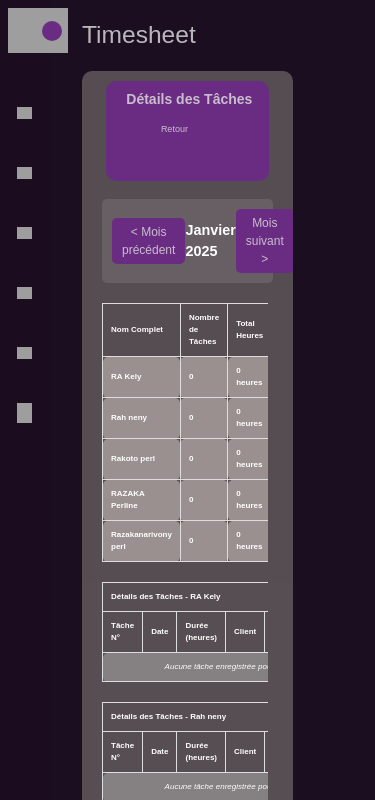
Repository: Fandresena19/Gestion-employe
Page: http://localhost/phpmailer/Assets/responsable/vue/detail_timesheet.php?mois=1&annee=2025
The author's editor kept a copy of each file at every save. The page is drawn from the files as they stood at one save, then again after the next save.
The browser window is 375 px wide. The pictures show the whole page.
Pictures or frames that could not be fetched are drawn as grey boxes. An inner scrolling area shows only its first screen. Some web fonts or font styles are not loaded; a fallback is used. The page is run by PHP 8.4 with error messages shown; the project is at /var/www/html/. The database holds what the project's SQL file puts in it.

Above is the page before, as saved 2025-05-12 11:01:21.

### Assets/responsable/vue/detail_timesheet.php
<?php
include('../other/head.php');

// Récupération du mois et de l'année actuels ou des paramètres passés dans l'URL
$moisActuel = isset($_GET['mois']) ? intval($_GET['mois']) : intval(date('m'));
$anneeActuelle = isset($_GET['annee']) ? intval($_GET['annee']) : intval(date('Y'));

// Vérification de la validité du mois
if ($moisActuel < 1) {
  $moisActuel = 12;
  $anneeActuelle--;
} elseif ($moisActuel > 12) {
  $moisActuel = 1;
  $anneeActuelle++;
}

// Date du premier jour du mois
$premierJourDuMois = $anneeActuelle . '-' . str_pad($moisActuel, 2, '0', STR_PAD_LEFT) . '-01';
// Date du dernier jour du mois
$dernierJourDuMois = date('Y-m-t', strtotime($premierJourDuMois));

// Noms des mois pour l'affichage
$nomsMois = [
  1 => 'Janvier',
  2 => 'Février',
  3 => 'Mars',
  4 => 'Avril',
  5 => 'Mai',
  6 => 'Juin',
  7 => 'Juillet',
  8 => 'Août',
  9 => 'Septembre',
  10 => 'Octobre',
  11 => 'Novembre',
  12 => 'Décembre'
];

// Calcul du mois précédent et suivant pour la navigation
$moisPrecedent = $moisActuel - 1;
$anneePrecedente = $anneeActuelle;
if ($moisPrecedent < 1) {
  $moisPrecedent = 12;
  $anneePrecedente--;
}

$moisSuivant = $moisActuel + 1;
$anneeSuivante = $anneeActuelle;
if ($moisSuivant > 12) {
  $moisSuivant = 1;
  $anneeSuivante++;
}

// Vérifier si l'utilisateur est un responsable
$estResponsable = false;
if (isset($_SESSION['id_user']) && isset($_SESSION['role'])) {
  $estResponsable = ($_SESSION['role'] === 'Responsable');
}

// D'abord récupérer tous les employés
$requeteEmployes = $bdd->query('SELECT matricule_emp, nom_emp, prenom_emp FROM employer_login ORDER BY nom_emp');

// Tableau pour stocker les informations des employés
$employesInfos = [];

// Initialiser les données pour tous les employés
while ($employe = $requeteEmployes->fetch(PDO::FETCH_ASSOC)) {
  $matricule = $employe['matricule_emp'];

  $employesInfos[$matricule] = [
    'nom_complet' => $employe['nom_emp'] . ' ' . $employe['prenom_emp'],
    'total_heures' => 0,
    'nb_taches' => 0,
    'taches' => []
  ];
}

// Requête pour récupérer toutes les tâches du mois pour tous les employés
$requeteTaches = $bdd->prepare('
    SELECT t.*, e.nom_emp, e.prenom_emp
    FROM timesheet t
    JOIN employer_login e ON e.matricule_emp = t.matricule_emp
    WHERE t.date_tache BETWEEN :debut AND :fin
    ORDER BY e.matricule_emp, t.date_tache DESC
');

$requeteTaches->execute([
  'debut' => $premierJourDuMois,
  'fin' => $dernierJourDuMois
]);

// Compléter les informations des employés avec leurs tâches
while ($tache = $requeteTaches->fetch(PDO::FETCH_ASSOC)) {
  $matricule = $tache['matricule_emp'];

  if (isset($employesInfos[$matricule])) {
    $tacheInfo = [
      'id_timesheet' => $tache['id_timesheet'],
      'tache' => $tache['tache'],
      'date_tache' => $tache['date_tache'],
      'duree_tache' => $tache['duree_tache'],
      'client' => $tache['client'],
      'description_tache' => $tache['description_tache'],
      'note' => $tache['note']
    ];

    $employesInfos[$matricule]['taches'][] = $tacheInfo;
    $employesInfos[$matricule]['total_heures'] += intval($tache['duree_tache']);
    $employesInfos[$matricule]['nb_taches']++;
  }
}

// Comptage des tâches pour chaque employé dans le mois sélectionné
foreach ($employesInfos as $matricule => &$employe) {
  $stmt = $bdd->prepare('
        SELECT COUNT(*) AS total, SUM(duree_tache) AS heures_totales
        FROM timesheet
        WHERE matricule_emp = :matricule AND date_tache BETWEEN :debut AND :fin
    ');
  $stmt->execute([
    'matricule' => $matricule,
    'debut' => $premierJourDuMois,
    'fin' => $dernierJourDuMois
  ]);
  $result = $stmt->fetch(PDO::FETCH_ASSOC);
  $employe['nb_taches'] = $result['total'] ?: 0;
  $employe['total_heures'] = $result['heures_totales'] ?: 0;
}
unset($employe); // Détruire la référence à la dernière valeur
?>

<style>
  html,
  body {
    height: 100%;
    margin: 0;
    overflow: hidden;
  }

  .contenu {
    flex-grow: 1;
    display: flex;
    flex-direction: column;
    margin-top: -2% !important;
    overflow-y: auto;
  }

  .contenu header {
    flex-shrink: 0;
  }

  .navigation {
    display: flex;
    justify-content: space-between;
    align-items: center;
    margin-bottom: 20px;
    background-color: rgba(255, 255, 255, 0.1);
    padding: 10px;
    border-radius: 5px;
  }

  .navigation button{
    background-color: #6A2C82;
    border: none;
    padding: 5px 10px;
    border-radius: 5px;
  }

  .mois-actuel {
    font-size: 1.2em;
    font-weight: bold;
    color: white;
  }

  .nav-buttons {
    display: flex;
    gap: 10px;
  }

  .scrollbar {
    max-height: 70vh;
    overflow-y: auto;
    padding-right: 5px;
  }

  table {
    width: 100%;
    border-collapse: collapse;
    margin-bottom: 20px;
  }

  th,
  td {
    border: 1px solid #ddd;
    padding: 8px;
    text-align: left;
    color: white !important;
  }

  tr:hover {
    background-color: transparent !important;
  }

  .recap-header {
    background-color: rgb(154, 144, 144);
    font-weight: bold;
  }

  .tache-row {
    background-color: rgba(100, 149, 237, 0.7);
  }

  .no-tache {
    background-color: rgba(180, 180, 180, 0.5);
    font-style: italic;
  }

  .bouton-retour {
    margin-right: 10px;
  }

  .header-actions {
    display: flex;
    justify-content: space-between;
    align-items: center;
    width: 100%;
  }

  .tache-detail {
    margin-bottom: 5px;
  }

  .tache-description {
    max-width: 300px;
    overflow: hidden;
    text-overflow: ellipsis;
    white-space: nowrap;
  }
</style>

<div class="annotation">
  <h2>Timesheet</h2>
</div><br>

<div class="contenu">
  <header>
    <div class="header-actions">
      <h4>Détails des Tâches</h4>
      <div class="bouton bouton-retour">
        <a href="./liste_timesheet.php"><button type="submit">Retour</button></a>
      </div>
    </div>
  </header> <br />

  <div class="navigation">
    <a href="?mois=<?php echo $moisPrecedent; ?>&annee=<?php echo $anneePrecedente; ?>">
      <button type="button">&lt; Mois précédent</button>
    </a>
    <div class="mois-actuel">
      <?php echo $nomsMois[$moisActuel] . ' ' . $anneeActuelle; ?>
    </div>
    <a href="?mois=<?php echo $moisSuivant; ?>&annee=<?php echo $anneeSuivante; ?>">
      <button type="button">Mois suivant &gt;</button>
    </a>
  </div>

  <div class="scrollbar">
    <table>
      <thead>
        <tr>
          <th>Nom Complet</th>
          <th>Nombre de Tâches</th>
          <th>Total Heures</th>
          <th>Moyenne d'Heures/Tâche</th>
        </tr>
      </thead>
      <tbody>
        <?php foreach ($employesInfos as $matricule => $employe): ?>
          <tr class="recap-header">
            <td><?php echo $employe['nom_complet']; ?></td>
            <td><?php echo $employe['nb_taches']; ?></td>
            <td><?php echo $employe['total_heures']; ?> heures</td>
            <td>
              <?php
              echo $employe['nb_taches'] > 0
                ? round($employe['total_heures'] / $employe['nb_taches'], 1) . ' heures'
                : '0 heure';
              ?>
            </td>
          </tr>
        <?php endforeach; ?>
      </tbody>
    </table>

    <?php foreach ($employesInfos as $matricule => $employe): ?>
      <table>
        <thead>
          <tr>
            <th colspan="6">Détails des Tâches - <?php echo $employe['nom_complet']; ?></th>
          </tr>
          <tr>
            <th>Tâche N°</th>
            <th>Date</th>
            <th>Durée (heures)</th>
            <th>Client</th>
            <th>Tâche</th>
            <th>Description</th>
          </tr>
        </thead>
        <tbody>
          <?php if (empty($employe['taches'])): ?>
            <tr class="no-tache">
              <td colspan="6" style="text-align: center;">Aucune tâche enregistrée pour ce mois</td>
            </tr>
          <?php else: ?>
            <?php foreach ($employe['taches'] as $tache): ?>
              <tr class="tache-row">
                <td><?php echo $tache['id_timesheet']; ?></td>
                <td><?php echo date('d/m/Y', strtotime($tache['date_tache'])); ?></td>
                <td><?php echo $tache['duree_tache']; ?></td>
                <td><?php echo $tache['client']; ?></td>
                <td><?php echo $tache['tache']; ?></td>
                <td class="tache-description" title="<?php echo htmlspecialchars($tache['description_tache']); ?>">
                  <?php echo htmlspecialchars($tache['description_tache']); ?>
                </td>
              </tr>
              <?php if (!empty($tache['note'])): ?>
                <tr>
                  <td colspan="6" class="tache-detail">
                    <strong>Note:</strong> <?php echo htmlspecialchars($tache['note']); ?>
                  </td>
                </tr>
              <?php endif; ?>
            <?php endforeach; ?>
          <?php endif; ?>
        </tbody>
      </table>
    <?php endforeach; ?>
  </div>
</div>

<?php
include('../other/foot.php');
?>

### Assets/responsable/other/head.php
<?php
session_start();

include('bd.php');

?>

<!DOCTYPE html>
<html lang="en">

<head>
  <meta charset="UTF-8">
  <meta http-equiv="X-UA-Compatible" content="IE=edge">
  <meta name="viewport" content="width=device-width, initial-scale=1.0">
  <link rel="stylesheet" href="../../bootstrap4/css/bootstrap.min.css">
  <link rel="stylesheet" href="../../bootstrap4/boxicons-2.1.4/css/boxicons.min.css">
  <link rel="stylesheet" href="../../css/style_nav.css">
  <link rel="stylesheet" href="../../css/conge.css">
  <link rel="stylesheet" href="../../css/modif_emp.css">
  <link rel="stylesheet" href="../../css/modal.css">
  <title>Responsable</title>

</head>

<body>

  <div class="container-fluid">
    <div id="container">

      <nav class="sidebar" id="side_nav">
        <header>
          <div class="image-text">
            <span class="image">
              <img src="../../Icone/Logo.png" alt="">
            </span>

            <div class="text header-text">
              <span class="resplonsable">Responsable</span>
            </div>
          </div>

          <i class="bx bx-chevron-right toggle"></i>
        </header>

        <div class="menu-bar">
          <div class="menu">

            <ul class="list-unstyled nav-links">
              <a href="../vue/pageresponsable.php">
                <li><img src="../../Icone/home.png" alt="" width="25px" class="icone"><span>Profil</span></li>
              </a>
              <a href="../vue/liste_employe.php">
                <li><img src="../../Icone/user.png" alt="" width="25px" class="icone"><span>Employés</span></li>
              </a>
              <a href="../vue/liste_conge.php">
                <li><img src="../../Icone/leave.png" alt="" width="20px" class="icone"><span>Congé</span></li>
              </a>
              <a href="../vue/liste_permission.php">
                <li class=""><img src="../../Icone/permission.png" alt="" width="20px" class="icone"><span>Permission</span></li>
              </a>
              <a href="../vue/detail_timesheet.php">
                <li><img src="../../Icone/timesheet.png" alt="" width="20px" class="icone"><span>Timesheet</span></li>
              </a>
              <a href="#">
                <li onclick="document.getElementById('id01').style.display='block'"><img src="../../Icone/logout.png" alt="" width="-25px" height="20px" class="icone"><span>Deconnexion</span></li>
              </a><br>

            </ul>
          </div>
        </div>
      </nav>

      <div id="id01" class="modal">
        <span onclick="document.getElementById('id01').style.display='none'" class="close">×</span>
        <form class="modal-content" action="">
          <div class="container">
            <h1>Deconnexion</h1>
            <p>Voulez-vous vraiment se deconnecter?</p>

            <div class="clearfix">
              <a href="../../other/logout.php"><button type="button" onclick="document.getElementById('id01').style.display='none'" class="deletebtn">Oui</button></a>
              <button type="button" onclick="document.getElementById('id01').style.display='none'" class="cancelbtn">Non</button>
            </div>
          </div>
        </form>
      </div>

      <div class="dashboard" id="Main">

### Assets/responsable/other/bd.php
<?php

$servername = "localhost";
$dbname = "gestion_employe";
$username = "root";
$password = '';

try{
    $bdd = new PDO("mysql:host=$servername;dbname=$dbname" ,$username , $password);
    $bdd->setAttribute(PDO::ATTR_ERRMODE, PDO::ERRMODE_EXCEPTION);

    return $bdd;
}catch(PDOException $e){
    die('Erreur de connexion' . $e->getMessage());
}


?>

### Assets/responsable/other/foot.php
</div>
  </div>

  <script src="../../js/Sidebar.js"></script>
</body>

</html>

### Assets/css/style_nav.css
* {
    font-family: Arial, Helvetica, sans-serif;
    margin: 0;
    padding: 0;
    box-sizing: border-box;
    color: var(--text-color);
}

:root {
    /* Couleur */
    --bg-nav: #1B0C20;
    --bg-body: #1B0E20;
    --body-second-bg: #6a6363bf;
    --bouton-hover: #C4BCBC;
    --active: #6A2C82;
    --text-color: #e0e0e0ce;
    --menu-color: #14041ae6;

    /* transition */
    --trans-02: all 0.2s ease;
    --trans-03: all 0.3s ease;
    --trans-04: all 0.4s ease;
    --trans-05: all 0.5s ease;
}

body {
    height: 100%;
    background-color: var(--bg-body);

}

/* ==== Sidebar ==== */
.sidebar {
    position: fixed;
    top: 0;
    left: 0;
    height: 100%;
    width: 250px;
    padding: 10px 14px;
    z-index: 1000%;
    background-color: var(--bg-nav);
    transition: var(--trans-05);
}

.sidebar.close {
    width: 80px;
    height: 100%;
    top: 0;
    z-index: 100%;
}

/* === Contenu Sidebar === */
.sidebar.close .text {
    opacity: 0;
}

.sidebar.close .menu ul a li span {
    opacity: 0;
}

.sidebar.close .nav-links li img {
    margin-left: 25%;
}

.sidebar header {
    position: relative
}

.sidebar .image {
    min-width: 60px;
    display: flex;
    align-items: center;
}

.sidebar .image-text img {
    max-width: 60px;
    display: flex;
    justify-content: center;
}

.sidebar header .image-text {
    display: flex;
    align-items: center;
    transition: var(--trans-03);
    white-space: nowrap;
}

header .image-text .header-text {
    display: flex;
    flex-direction: column;
}

.header-text .employe {
    font-weight: 600;
    font-size: 30px;
    margin-left: 10px;
    color: var(--text-color);
}

/* Toggle */
.sidebar.sidebar.close header .toggle {
    transform: translateY(-50%);
}

.sidebar header .toggle {
    position: absolute;
    top: 50%;
    right: -25px;
    transform: translateY(-50%) rotate(180deg);
    height: 25px;
    width: 25px;
    background-color: var(--active);
    display: flex;
    align-items: center;
    justify-content: center;
    border-radius: 50%;
    font-size: 20px;
    z-index: 100%;
    transition: var(--trans-03);
}

.sidebar .menu {
    margin-top: 35px;
}

.sidebar li {
    height: 50px;
    /* background-color: var(--menu-color); */
    margin-top: 10px;
    display: flex;
    align-items: center;
    justify-content: left;
    color: var(--text-color);
    border-radius: 10px;
    transition: var(--trans-04);
}

.sidebar li .icone {
    margin-left: 10px;
}

.sidebar li span {
    margin-left: 10px;
    transition: var(--trans-03);
    white-space: nowrap;
    opacity: 1;
}

.sidebar .nav-links a {
    text-decoration: none;
}

.sidebar li:hover {
    background-color: var(--menu-color);
}

/* ==active sidebar == */
.sidebar .active {
    background-color: var(--active);
}

.sidebar .active:hover {
    background-color: var(--active);
}


/* ==== dashboard ==== */
.dashboard {
    position: relative;
    height: auto;
    left: 250px;
    width: calc(100% - 250px);
    /* background-color: red; */
    transition: var(--trans-05);
}

.sidebar.close~.dashboard {
    left: 50px;
    width: calc(100% - 50px);
}

@media screen and (max-width: 1075px) {
    .sidebar {
        width: 60px;
        height: 100%;
        z-index: 1000;
    }

    .sidebar .text,
    .sidebar .menu ul a li span {
        opacity: 0;
    }

    .sidebar .nav-links li img {
        margin-left: 25%;
        width: 15px;
    }

    .sidebar header .toggle {
        right: -20px;
    }

    .contenu {
        width: 100%;
    }

    .dashboard {
        left: 0px;
        right: 0px;
        width: calc(100% - 0px);
    }
}

@media screen and (max-width: 768px) {
    .sidebar {
        width: 60px;
        height: 100%;
        z-index: 1000;
    }

    .sidebar .text,
    .sidebar .menu ul a li span {
        opacity: 0;
    }

    .sidebar .nav-links li img {
        margin-left: 25%;
        width: 15px;
    }

    .sidebar header .toggle {
        right: -20px;
    }

    .contenu {
        width: 100%;
    }

    .dashboard {
        left: 0px;
        right: 0px;
        width: calc(100% - 0px);
    }
}

@media screen and (max-width: 480px) {
    .sidebar {
        position: fixed;
        width: 50px;
        padding: 8px;
    }

    .dashboard {
        left: 0px;
        right: 0px;
        width: calc(100% - 0px);
    }

    .header-text .employe {
        font-size: 20px;
        margin-left: 5px;
    }

    .sidebar header .toggle {
        height: 20px;
        width: 20px;
        font-size: 16px;
    }
}

### Assets/css/conge.css
:root {
    /* Couleur */
    --bg-nav: #1B0C20;
    --bg-body: #1B0E20;
    --body-second-bg: #6a6363bf;
    --bouton-hover: #C4BCBC;
    --active: #6A2C82;
    --text-color: #e0e0e0ce;
    --menu-color: #14041ae6;

    /* transition */
    --trans-02: all 0.2s ease;
    --trans-03: all 0.3s ease;
    --trans-04: all 0.4s ease;
    --trans-05: all 0.5s ease;
}

.dashboard {
    padding: 20px 70px 10px 70px;
    font-size: 12px;
}

.contenu {
    background-color: var(--body-second-bg);
    padding: 10px 20px;
    border-radius: 10px;
    position: relative;
}

.contenu header {
    position: relative;
    display: flex;
    align-items: center;
    flex-direction: row;
    flex-wrap: wrap;
    width: 95%;
    height: 60px;
    margin: auto;
    padding: 10px 20px;
    background-color: var(--active);
    border-radius: 10px;
}

.contenu header h4 {
    font-size: 20px;
    position: absolute;
    top: 20px;
}

.contenu header .bouton {
    position: absolute;
    top: 28%;
    right: 5%;
}

.contenu header .bouton a {
    margin-left: 10px;
    text-decoration: none;
}

.contenu header .bouton a button {
    width: 200px;
    height: 30px;
    background-color: transparent;
    border-radius: 10px;
    border: none;
}

.contenu header .bouton a button:hover {
    border: 2px solid white;
}

table {
    width: 100%;
    border-collapse: collapse !important;
    margin-bottom: 40px;
}

table thead tr td {
    text-align: center;
}

td,
th {
    padding: 8px;
    text-align: left;
    border: 3px solid var(--body-second-bg);
    border-radius: 5px;
}

tbody tr:nth-child(even):hover {
    background-color: transparent;
  }

tbody tr:hover {
    background-color: rgb(91, 91, 91);
}

th {
    font-weight: 600;
}


.Ajout_conge {
    position: absolute;
    right: 1.5%;
    bottom: 10px;
}

.Ajout_conge a {
    text-decoration: none;
    font-size: 13px;
}

.Ajout_conge a button {
    width: 200px;
    height: 30px;
    background-color: transparent;
    border: 3px solid white;
    border-radius: 10px;
    transition: var(--trans-03);
}

.Ajout_conge a button:hover {
    border: none;
    background-color: var(--active);
}


.conge_valide {
    width: 100%;
    position: relative;
}

.conge_valide h4 {
    position: absolute;
    top: 10px !important;
    bottom: 10px !important;
}

@media screen and (max-width: 1130px) {
    table {
        font-size: 10px;
        overflow-x: auto;
        display: block;
    }

    tr,
    th {
        padding: 2px;
    }
    .contenu header {
        flex-direction: column;
        height: 100px;
        text-align: center;
    }

    .contenu header h4 {
        font-size: 14px;
        font-weight: bold;
        margin-top: -10px;
    }

    .contenu header h4{
        text-align: center;
        justify-content: center;
      }

    .contenu header .bouton {
        flex-direction: column; /* Les boutons passent en colonne */
        width: 100%; /* Facultatif pour que ça prenne toute la largeur */
        font-size: 9px;
        padding: 0px;
        align-items: center;
        margin-top: 10px;
        justify-content: center;
        text-align: center;
      }

      .contenu header .bouton a button {
        height: 20px;
        width: 85px;
        border-radius: 5px;
        padding: 2px;
      }
}

@media screen and (max-width: 768px) {
    table {
        font-size: 10px;
        overflow-x: auto;
        display: block;
    }

    tr,
    th {
        padding: 2px;
    }

    .contenu header {
        flex-direction: column;
        align-items: center;/* Optionnel : aligne à gauche */
        height: 100px;
        text-align: center;
    }

    .contenu header h4 {
        font-size: 14px;
        font-weight: bold;
        margin-top: -10px;
    }

    .contenu header .bouton {
        flex-direction: column; /* Les boutons passent en colonne */
        font-size: 9px;
        padding: 0px;
        align-items: center;
        margin-top: 10px;
      }

      .contenu header h4{
        text-align: center;
      }

      .contenu header .bouton a button {
        height: 20px;
        width: 85px;
        border-radius: 5px;
        padding: 2px;
      }

}

@media screen and (max-width: 480px) {
    table {
        font-size: 8px;
        overflow-x: auto;
        display: block;
    }

    tr,
    th {
        padding: 2px;
    }

    .contenu header {
        flex-direction: column;
        align-items: center;/* Optionnel : aligne à gauche */
        height: 100px;
        text-align: center;
    }

    .contenu header h4 {
        font-size: 14px;
        font-weight: bold;
        margin-top: -10px;
    }

    .contenu header h4{
        text-align: center;
      }

    .contenu header .bouton {
        flex-direction: column; /* Les boutons passent en colonne */
        font-size: 9px;
        padding: 0px;
        align-items: center;
        margin-top: 10px;
      }

      .contenu header .bouton a button {
        height: 20px;
        width: 85px;
        border-radius: 5px;
        padding: 2px;
      }

      .Ajout_conge a button{
        font-size: 9px;
        padding: 2px;
        width: 80px;
      }
}

### Assets/css/modif_emp.css
:root{
    /* Couleur */
    --bg-nav: #1B0C20;
    --bg-body: #1B0E20;
    --body-second-bg: #6a6363bf;
    --bouton-hover : #C4BCBC;
    --active: #6A2C82;
    --text-color: #e0e0e0ce;
    --menu-color: #14041ae6;

    /* transition */
    --trans-02: all 0.2s ease;
    --trans-03: all 0.3s ease;
    --trans-04: all 0.4s ease;
    --trans-05: all 0.5s ease;
}



input, select, textarea{
    background-color: transparent !important;
}

.bouton_confirmer{
    padding: 12px;
    width: 50%;
    margin: auto;
    font-size: 14px;
    display: flex;
    justify-content: center;
    background-color: var(--body-second-bg);
    border: none;
    border-radius: 10px;
}
.bouton_confirmer:hover{
    background-color: var(--active);
}

### Assets/css/modal.css
:root{
  /* Couleur */
  --bg-nav: #1B0C20;
  --bg-body: #1B0E20;
  --body-second-bg: #6a6363bf;
  --bouton-hover : #C4BCBC;
  --active: #6A2C82;
  --text-color: #e0e0e0ce;
  --menu-color: #14041ae6;

  /* transition */
  --trans-02: all 0.2s ease;
  --trans-03: all 0.3s ease;
  --trans-04: all 0.4s ease;
  --trans-05: all 0.5s ease;
}

/* Set a style for all buttons */
.clearfix button {
  color: white;
  padding: 10px 14px;
  margin: 10px 0;
  border: none;
  cursor: pointer;
  width: 10%;
  opacity: 0.9;
}

.clearfix button:hover {
  opacity:0.5;
}

/* Float cancel and delete buttons and add an equal width */
.cancelbtn, .deletebtn {
  width: 30%;
  border-radius: 10px;
}

/* Add a color to the cancel button */
.cancelbtn {
  background-color: #ccc;
  color: black !important;
  padding-left: 10px !important;
  padding-right: 10px !important;
}

/* Add a color to the delete button */
.deletebtn {
  background-color: #f44336;
  padding-left: 10px;
}

/* Add padding and center-align text to the container */
.container {
  padding: 16px;
  text-align: center;
}

/* The Modal (background) */
.modal {
  display: none; /* Hidden by default */
  position: fixed; /* Stay in place */
  z-index: 999; /* Sit on top */
  left: 0;
  top: 0;
  width: 100%; /* Full width */
  height: 100%; /* Full height */
  overflow: auto; /* Enable scroll if needed */
  background-color: var(--bg-body);
  padding: 10%;
}

/* Modal Content/Box */
.modal-content {
  background-color: var(--bg-body);
  margin: 5% auto 15% auto; /* 5% from the top, 15% from the bottom and centered */
  border: none;
  width: 50%; /* Could be more or less, depending on screen size */
}

/* Style the horizontal ruler */
hr {
  border: 1px solid #f1f1f1;
  margin-bottom: 25px;
}

/* The Modal Close Button (x) */
.close {
  position: absolute;
  right: 35px;
  top: 15px;
  font-size: 30px;
  font-weight: 500;
  color: #f1f1f1;
}

.close:hover,
.close:focus {
  color: #f44336;
  cursor: pointer;
}

/* Clear floats */
.clearfix::after {
  content: "";
  clear: both;
  display: table;
}

/* Change styles for cancel button and delete button on extra small screens */
@media screen and (max-width: 700px) {
  .cancelbtn, .deletebtn {
     width: 100% !important;
  }
}

### Assets/js/Sidebar.js
const body = document.querySelector("body"),
    sidebar = body.querySelector(".sidebar"),
    toggle = body.querySelector(".toggle");

    toggle.addEventListener('click', () => {
        sidebar.classList.toggle("close");
    })

### Base.sql (the tables this page reads)
CREATE TABLE `employer_login` (
  `matricule_emp` int NOT NULL AUTO_INCREMENT,
  `nom_emp` varchar(255) DEFAULT NULL,
  `prenom_emp` varchar(255) DEFAULT NULL,
  `date_embauche` date DEFAULT NULL,
  `telephone` varchar(50) DEFAULT NULL,
  `role` varchar(255) DEFAULT NULL,
  `id_service` int DEFAULT NULL,
  `mail_emp` varchar(255) DEFAULT NULL,
  `mdp_emp` varchar(100) DEFAULT NULL,
  `profil` varchar(255) CHARACTER SET utf8mb4 COLLATE utf8mb4_0900_ai_ci DEFAULT NULL COMMENT '../uploads/default.jpg',
  PRIMARY KEY (`matricule_emp`)
) ENGINE=MyISAM AUTO_INCREMENT=10 DEFAULT CHARSET=utf8mb4 COLLATE=utf8mb4_0900_ai_ci;

insert  into `employer_login`(matricule_emp,nom_emp,prenom_emp,date_embauche,telephone,role,id_service,mail_emp,mdp_emp,profil) values (2,'RAZAKA','Perline','2024-10-04','2','Simple',1,'Zafy@gmail.com','123','../../uploads/image Perline.png'),(4,'Rah','neny','2025-01-01','1','Simple',1,'Raneny@gmail.com','123','../../uploads/4neny.jpg'),(5,'RA','Kely','2025-04-03','2','Simple',1,'koto@gmail.com','1234',NULL),(6,'Razakanarivony','perl','2025-04-03','1234','Simple',1,'Randria@gmail.com','123',NULL),(7,'Rakoto','perl','2025-05-15','123456',NULL,1,'Rakotokoto@gmail','123',NULL);

CREATE TABLE `timesheet` (
  `id_timesheet` int NOT NULL AUTO_INCREMENT,
  `tache` varchar(255) DEFAULT NULL,
  `date_tache` date DEFAULT NULL,
  `duree_tache` int DEFAULT NULL,
  `client` varchar(255) DEFAULT NULL,
  `mission` varchar(255) DEFAULT NULL,
  `description_tache` text,
  `note` text,
  `matricule_emp` int DEFAULT NULL,
  PRIMARY KEY (`id_timesheet`)
) ENGINE=MyISAM AUTO_INCREMENT=11 DEFAULT CHARSET=utf8mb4 COLLATE=utf8mb4_0900_ai_ci;

insert  into `timesheet`(id_timesheet,tache,date_tache,duree_tache,client,mission,description_tache,note,matricule_emp) values (1,'Immo','2025-05-09',4,'NOVITY',NULL,'booclage','',2),(2,'Immo','2025-05-12',2,'NOVITY',NULL,'rien','',2),(3,'Immo','2025-05-12',8,'NOVITY',NULL,'ttt','',2),(4,'immo','2025-05-12',1,'NOVITY','Booclage','Booclage immo','',2),(5,'immo','2025-05-14',3,'NOVITY','Booclage','Booclage NOVITY','',2),(6,'immo','2025-05-14',1,'NOVITY','Booclage','jglqsjglkdsqjlkg','',2),(7,'immo','2025-05-14',1,'NOVITY','Booclage','ngjd','',2),(8,'immo','2025-05-14',1,'NOVITY','Booclage','hfksdh','',2),(9,'immo','2025-05-14',1,'NOVITY','Booclage','qsdfghjklm','',2),(10,'immo','2025-05-14',1,'NOVITY','Booclage','azerty','',2);

Loaded but not shown: Assets/bootstrap4/css/bootstrap.min.css (library); Assets/bootstrap4/boxicons-2.1.4/css/boxicons.min.css (library)

After the next save:
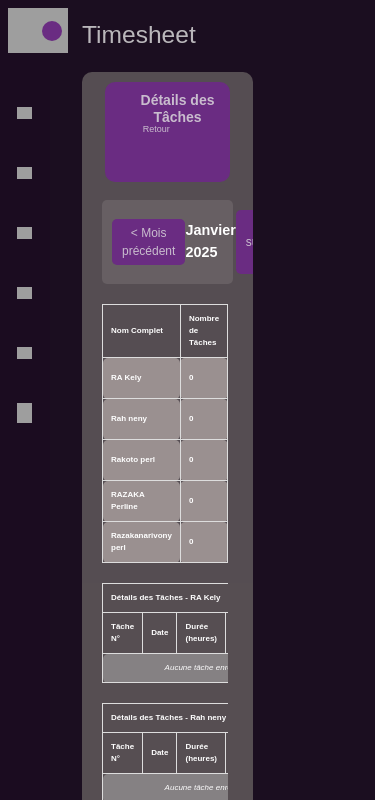
Saved 11 s later.
--- a/Assets/css/style_nav.css
+++ b/Assets/css/style_nav.css
@@ -253,7 +253,7 @@ header .image-text .header-text {
     .dashboard {
         left: 0px;
         right: 0px;
-        width: calc(100% - 0px);
+        width: calc(100% - 40px);
     }
 
     .header-text .employe {
